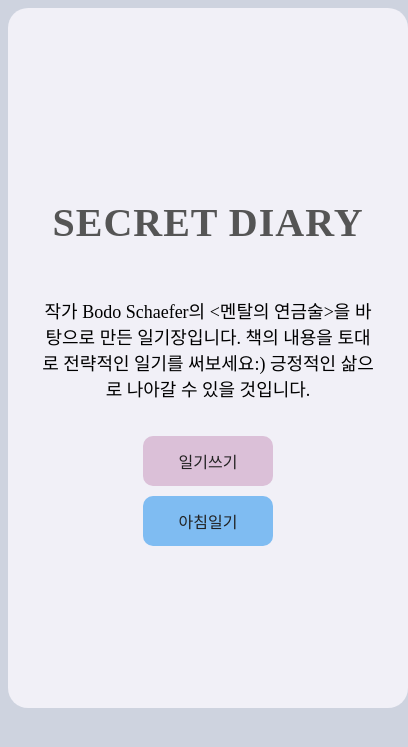
Repository: jinhee196/diary
Page: index.html
An editor plug-in stored every save of this project. The page is shown before and after the next save, followed by the edit.
The browser window is 375 px wide. The page is 408 px wide, then 375 px, so the pictures cover 408 px, including what lies to the right of the window. The pictures show the whole page.
Some web fonts or font styles are not loaded; a fallback is used. Some web libraries are served in a nearby version.

Above is the page before, as saved 2021-06-06 16:12:05.

After the next save:
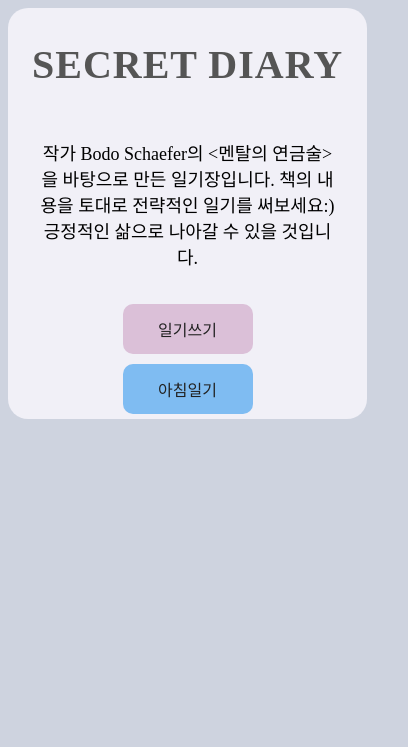
Saved 46 s later.
--- a/style.css
+++ b/style.css
@@ -334,6 +334,9 @@ section {
     display: none;
   }
   section {
-    min-height: 700px;
-  }
-}
+    height: auto;
+  }
+  .container {
+    width: auto;
+  }
+}
